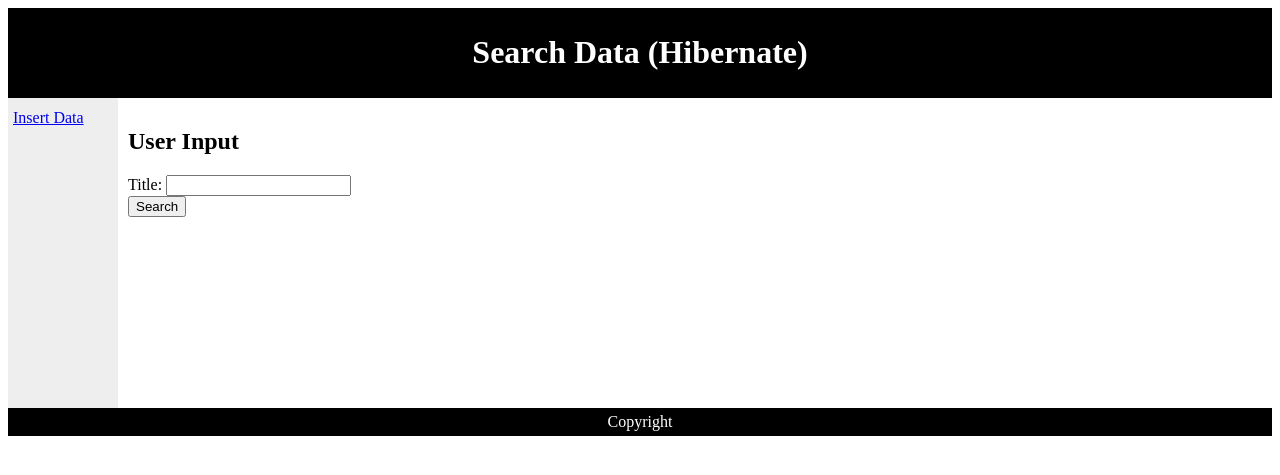
Repository: Doniico/G1_ODM
Page: workspaceCSCI4830-teamproject/teamproject/WebContent/simpleSearchHB.html
An editor plug-in stored every save of this project. The page is shown before and after the next save, followed by the edit.
The browser window is 1280 px wide. The pictures show the whole page.

Above is the page before, as saved 2020-04-02 03:49:57.

### workspaceCSCI4830-teamproject/teamproject/WebContent/simpleSearchHB.html
<html>
<head>
<style>
header {
    background-color:black;
    color:white;
    text-align:center;
    padding:5px;
}
nav {
    line-height:30px;
    background-color:#eeeeee;
    height:300px;
    width:100px;
    float:left;
    padding:5px;
}
section {
    width:350px;
    float:left;
    padding:10px;
}
footer {
    background-color:black;
    color:white;
    clear:both;
    text-align:center;
    padding:5px;
}
</style>
</head>

<body>
<header>
<h1> Search Data (Hibernate) </h1>
</header>

<nav>
<a href="/webproject/simpleInsertHB.html"> Insert Data</a> <br>
</nav>

<section>
	<h1>User Input</h1>

	<form action="SimpleSearchHB" method="POST">

		Title: <input type="text" name="keywordTitle"> <br />
		<!-- Author: <input type = "text" name="keywordAuthor"> <br />-->

		<input type="submit" value="Search" />
	</form>

</section>

<footer>
Copyright
</footer>
</body>
</html>

After the next save:
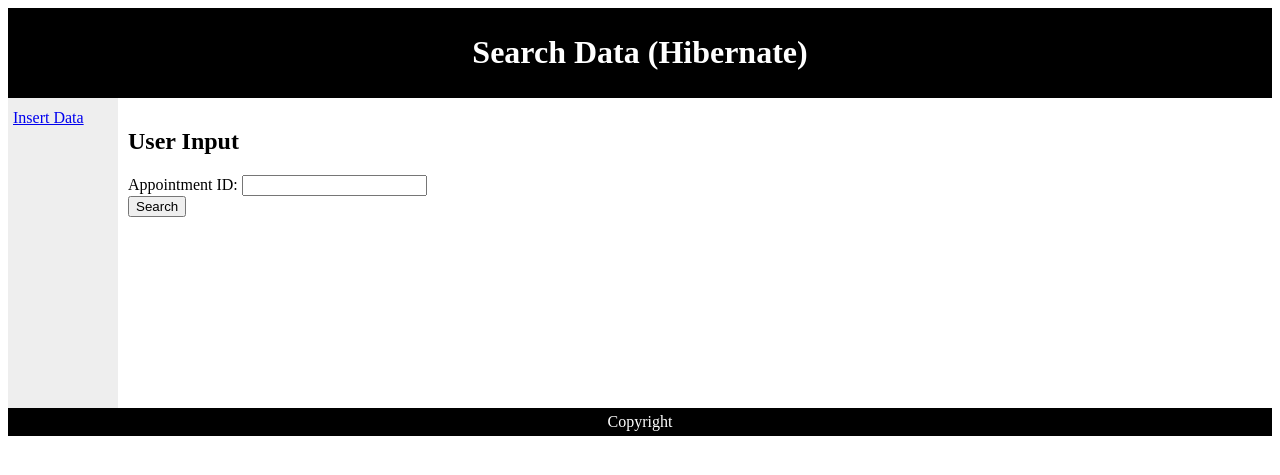
Saved 63 s later.
--- a/workspaceCSCI4830-teamproject/teamproject/WebContent/simpleSearchHB.html
+++ b/workspaceCSCI4830-teamproject/teamproject/WebContent/simpleSearchHB.html
@@ -44,7 +44,7 @@ footer {
 
 	<form action="SimpleSearchHB" method="POST">
 
-		Title: <input type="text" name="keywordTitle"> <br />
+		Appointment ID: <input type="text" name="keywordTitle"> <br />
 		<!-- Author: <input type = "text" name="keywordAuthor"> <br />-->
 
 		<input type="submit" value="Search" />
